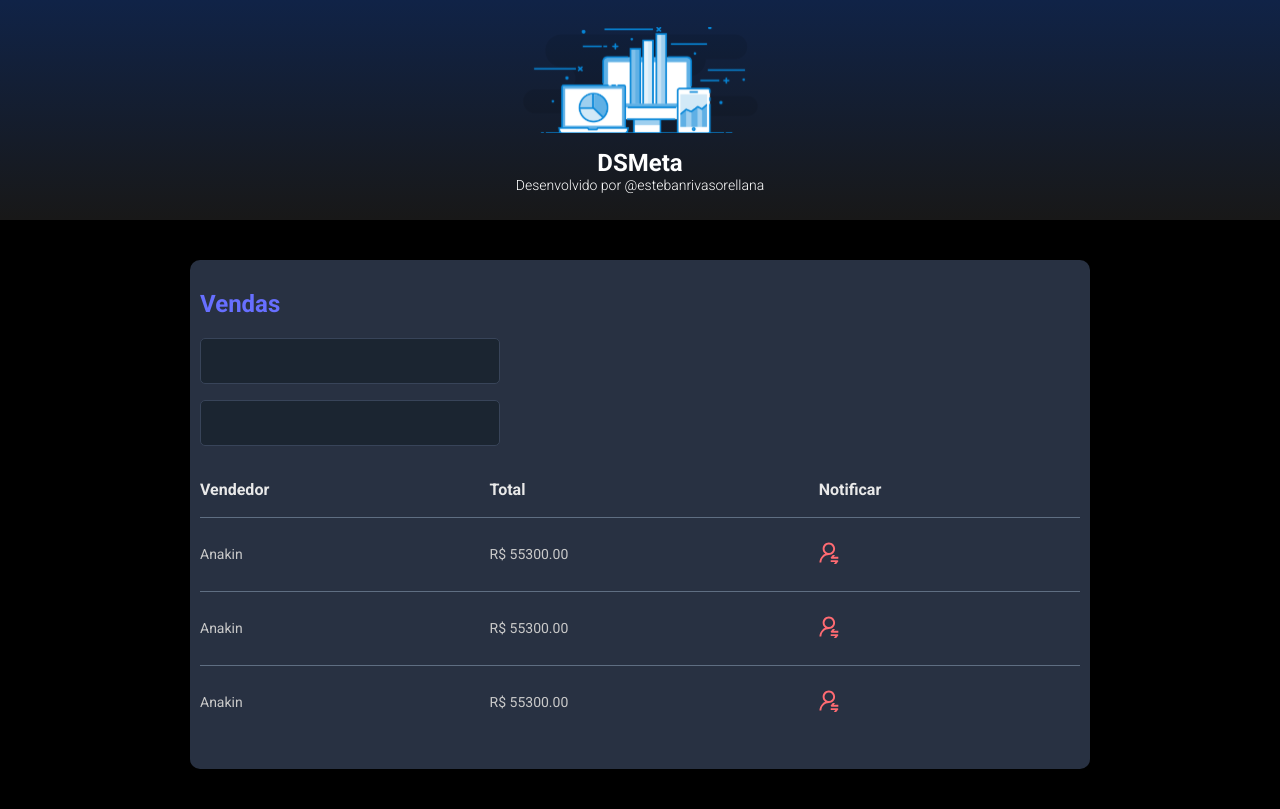
Repository: estebanrivas/dsmeta-css
Page: index.html
The author's editor kept a copy of each file at every save. The page is drawn from the files as they stood at one save, then again after a run of saves.
The browser window is 1280 px wide. The pictures show the whole page.

Above is the page before, as saved 2022-09-08 22:06:11.

### index.html
<!DOCTYPE html>
<html lang="en">

<head>
    <meta charset="UTF-8">
    <meta http-equiv="X-UA-Compatible" content="IE=edge">
    <meta name="viewport" content="width=device-width, initial-scale=1.0">
    <title>DSMeta</title>

    <link rel="stylesheet" href="css/styles.css">
</head>

<body>
    <header>
        <div class="dsmeta-logo-container">
            <img src="images/logo.svg" alt="DSMeta">
            <h1>DSMeta</h1>
            <p>Desenvolvido por
                <a href="https://www.instagram.com/estebanrivasorellana/">@estebanrivasorellana</a>
            </p>
        </div>
    </header>

    <main>
        <section id="sales">
            <div class="dsmeta-container">
                <div class="dsmeta-card">
                    <h2 class="dsmeta-sales-title">Vendas</h2>

                    <div>
                        <div class="dsmeta-form-control-container">
                            <input class="dsmeta-form-control" type="text">
                        </div>
                        <div class="dsmeta-form-control-container">
                            <input class="dsmeta-form-control" type="text">
                        </div>
                    </div>

                    <div>
                        <table class="dsmeta-sales-table">
                            <thead>
                                <tr>
                                    <td>Vendedor</td>
                                    <td>Total</td>
                                    <td>Notificar</td>
                                </tr>
                            </thead>
                            <tbody>
                                <tr>
                                    <td>Anakin</td>
                                    <td>R$ 55300.00</td>
                                    <td><img src="images/notification-icon.svg" alt="Notificar"></td>
                                </tr>
                                <tr>
                                    <td>Anakin</td>
                                    <td>R$ 55300.00</td>
                                    <td><img src="images/notification-icon.svg" alt="Notificar"></td>
                                </tr>
                                <tr>
                                    <td>Anakin</td>
                                    <td>R$ 55300.00</td>
                                    <td><img src="images/notification-icon.svg" alt="Notificar"></td>
                                </tr>
                            </tbody>
                        </table>
                    </div>
                </div>
            </div>
        </section>
    </main>


</body>

</html>

### css/styles.css
@import url("https://fonts.googleapis.com/css2?family=Roboto:wght@300;400;700&display=swap");

* {
  font-family: "Roboto", sans-serif;
  box-sizing: border-box;
  margin: 0;
  padding: 0;
}

body,
html {
  background-color: #000;
  color: #fff;
}

a,
a:hover,
a:visited {
  color: unset;
  text-decoration: none;
}

header {
  height: 220px;
  background: linear-gradient(180deg, #102347 0%, #181818 100%);
  display: flex;
  align-items: center;
  justify-content: center;
}

.dsmeta-logo-container {
  display: flex;
  flex-direction: column;
  align-items: center;
}

.dsmeta-logo-container img {
  width: 235px;
}

.dsmeta-logo-container h1 {
  padding-top: 15px;
  font-size: 24px;
}

.dsmeta-logo-container p {
  font-size: 14px;
  font-weight: 300;
}

#sales {
  padding: 40px 10px;

}

.dsmeta-container {
  width: 100%;
  max-width: 900px;
  margin: 0 auto;
}

.dsmeta-card {
  background-color: #283142;
  border-radius: 10px;
  padding: 30px 10px;
}

.dsmeta-form-control-container{
    margin-bottom: 16px;
    max-width: 300px;
}

.dsmeta-form-control{
    width: 100%;
    height: 46px;
    background-color: #1B2531;
    border: 1px solid #384459;
    border-radius: 5px;
    color:#9AAABE;
    padding: 0 20px;
    font-size: 18px;
    font-weight: 400;

}

.dsmeta-sales-title{
    color: #676FFF;
    font-size: 24px;
    margin-bottom: 20px;
}

.dsmeta-sales-table{
    width: 100%;
    border-spacing: 0;
    border-collapse: collapse;
}

.dsmeta-sales-table thead{
    height: 55px;
    font-size: 16px;
    color: #E9E9E9;
    font-weight: 700;
}

.dsmeta-sales-table tbody{
    font-size: 14px;
    font-weight: 400;
    color: #c9c9c9;
}

.dsmeta-sales-table tbody tr{
    height: 74px;
    border-top: 1px solid #5f6e82;
}

After the next 2 saves:
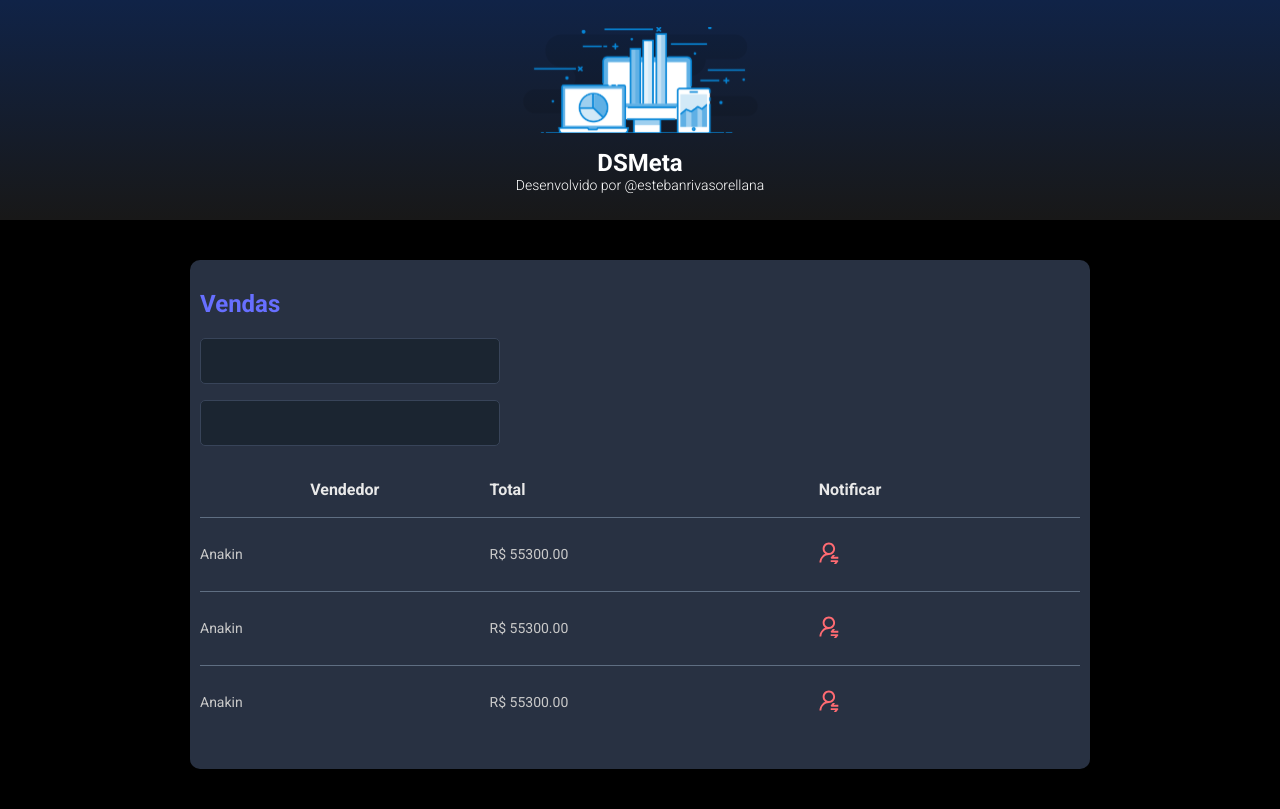
The 2 saves are shown as one change because they came seconds apart.
The last was saved 34 s later.
--- a/index.html
+++ b/index.html
@@ -40,7 +40,7 @@
                         <table class="dsmeta-sales-table">
                             <thead>
                                 <tr>
-                                    <td>Vendedor</td>
+                                    <th>Vendedor</th>
                                     <td>Total</td>
                                     <td>Notificar</td>
                                 </tr>
